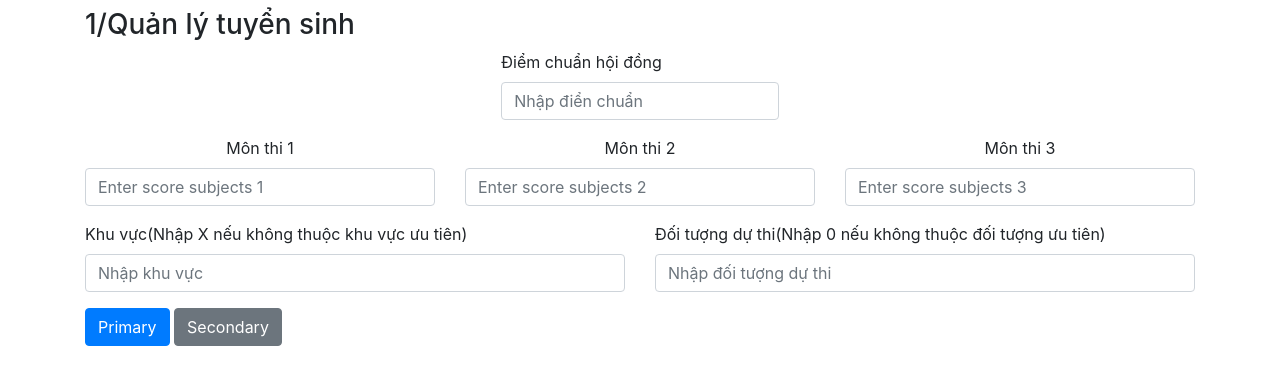
Repository: baobaodeveloper/bootcamp21__jsbasic4_HuynhAnhBao
Page: index.html
An editor plug-in stored every save of this project. The page is shown before and after the next save, followed by the edit.
The browser window is 1280 px wide. The pictures show the whole page.

Above is the page before, as saved 2022-03-13 17:44:29.

### index.html
<!DOCTYPE html>
<html lang="en">
  <head>
    <title>Exercise3</title>
    <!-- Required meta tags -->
    <meta charset="utf-8" />
    <meta
      name="viewport"
      content="width=device-width, initial-scale=1, shrink-to-fit=no"
    />

    <!-- Bootstrap CSS -->
    <link
      rel="stylesheet"
      href="https://stackpath.bootstrapcdn.com/bootstrap/4.3.1/css/bootstrap.min.css"
      integrity="sha384-ggOyR0iXCbMQv3Xipma34MD+dH/1fQ784/j6cY/iJTQUOhcWr7x9JvoRxT2MZw1T"
      crossorigin="anonymous"
    />
  </head>
  <body>
    <!-- 1/Quản lý tuyển sinh -->
    <div class="container mt-2">
      <h3>1/Quản lý tuyển sinh</h3>

      <div class="mb-3 w-25 m-auto">
        <label for="exampleFormControlInput1" class="score"
          >Điểm chuẩn hội đồng</label
        >
        <input
          type="email"
          class="form-control"
          id="exampleFormControlInput1"
          placeholder="Nhập điển chuẩn"
        />
      </div>

      <div class="row mt-3 text-center">
        <div class="col">
          <label class="score">Môn thi 1</label>
          <input
            type="text"
            class="form-control"
            placeholder="Enter score subjects 1"
          />
        </div>
        <div class="col">
          <label class="score">Môn thi 2</label>
          <input
            type="text"
            class="form-control"
            placeholder="Enter score subjects 2"
          />
        </div>
        <div class="col">
          <label class="score">Môn thi 3</label>
          <input
            type="text"
            class="form-control"
            placeholder="Enter score subjects 3"
          />
        </div>
      </div>

      <div class="row mt-3">
        <div class="col">
          <label class="score"
            >Khu vực(Nhập X nếu không thuộc khu vực ưu tiên)</label
          >
          <input type="text" class="form-control" placeholder="Nhập khu vực" />
        </div>
        <div class="col">
          <label class="score"
            >Đối tượng dự thi(Nhập 0 nếu không thuộc đối tượng ưu tiên)</label
          >
          <input
            type="text"
            class="form-control"
            placeholder="Nhập đối tượng dự thi"
          />
        </div>
      </div>

      <div class="mt-3">
        <button type="button" class="btn btn-primary">Primary</button>
        <button type="button" class="btn btn-secondary">Secondary</button>
      </div>
    </div>
    <!-- Optional JavaScript -->
    <!-- jQuery first, then Popper.js, then Bootstrap JS -->
    <script
      src="https://code.jquery.com/jquery-3.3.1.slim.min.js"
      integrity="sha384-q8i/X+965DzO0rT7abK41JStQIAqVgRVzpbzo5smXKp4YfRvH+8abtTE1Pi6jizo"
      crossorigin="anonymous"
    ></script>
    <script
      src="https://cdnjs.cloudflare.com/ajax/libs/popper.js/1.14.7/umd/popper.min.js"
      integrity="sha384-UO2eT0CpHqdSJQ6hJty5KVphtPhzWj9WO1clHTMGa3JDZwrnQq4sF86dIHNDz0W1"
      crossorigin="anonymous"
    ></script>
    <script
      src="https://stackpath.bootstrapcdn.com/bootstrap/4.3.1/js/bootstrap.min.js"
      integrity="sha384-JjSmVgyd0p3pXB1rRibZUAYoIIy6OrQ6VrjIEaFf/nJGzIxFDsf4x0xIM+B07jRM"
      crossorigin="anonymous"
    ></script>

    <script src="exercise1.js"></script>
  </body>
</html>

Loaded but not shown: exercise1.js (no stored copy; drawn as an empty file)

After the next save:
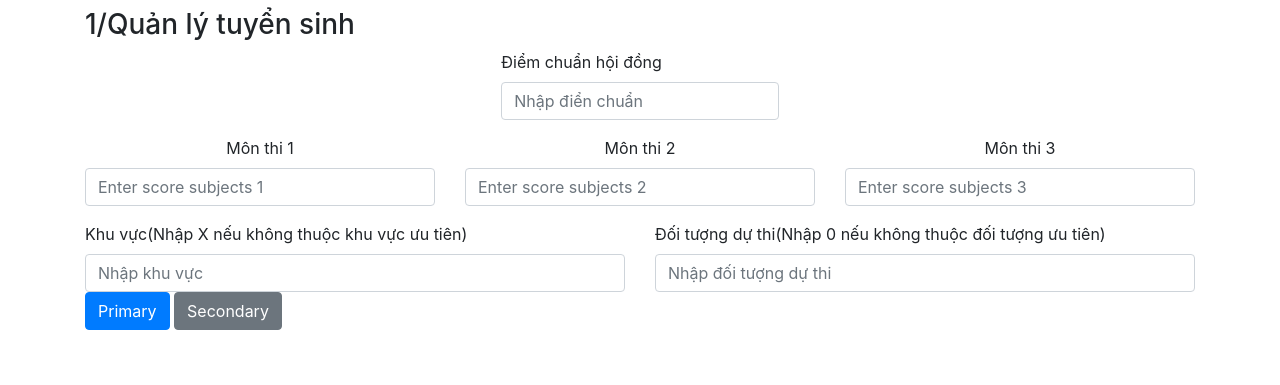
Saved 24 s later.
--- a/index.html
+++ b/index.html
@@ -80,7 +80,7 @@
         </div>
       </div>
 
-      <div class="mt-3">
+      <div class="m-auto">
         <button type="button" class="btn btn-primary">Primary</button>
         <button type="button" class="btn btn-secondary">Secondary</button>
       </div>
